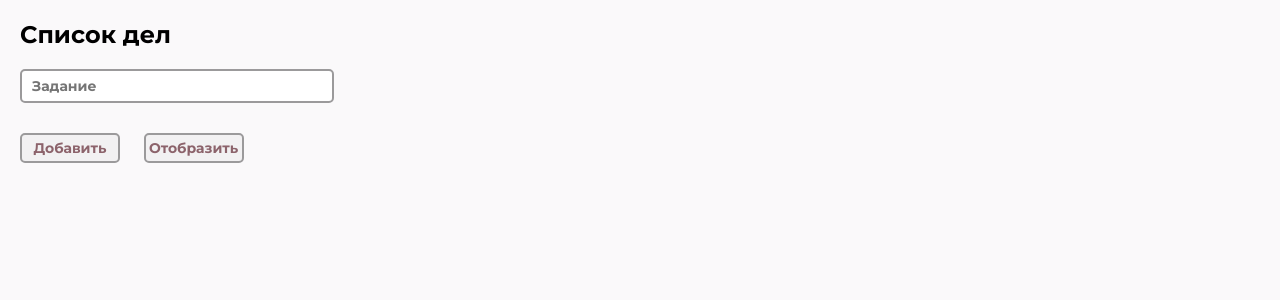
Repository: andbaik/it_unit9
Page: index.html
The author's editor kept a copy of each file at every save. The page is drawn from the files as they stood at one save, then again after the next save.
The browser window is 1280 px wide. The pictures show the whole page.

Above is the page before, as saved 2021-04-10 21:02:13.

After the next save:
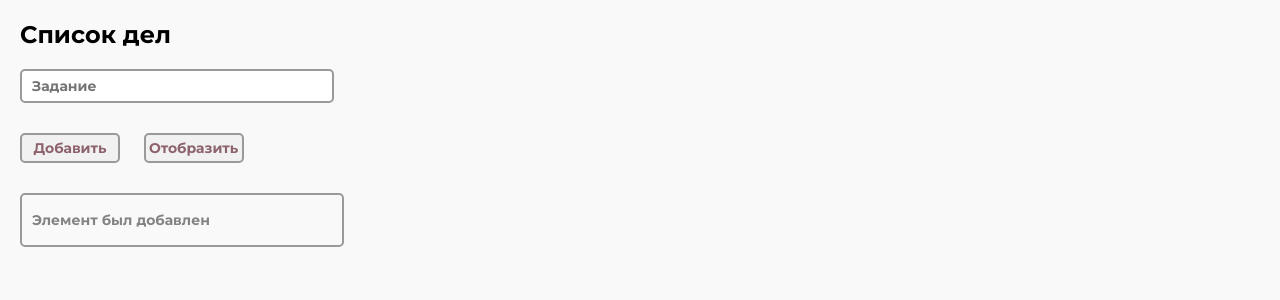
Saved 9 s later.
--- a/css/style.css
+++ b/css/style.css
@@ -70,7 +70,7 @@
     color: #848384;
     padding: 10px;
     margin: 30px 0;
-    display: none;
+    display: ne;
 }
 
 .add-el{

After the 3 saves that followed:
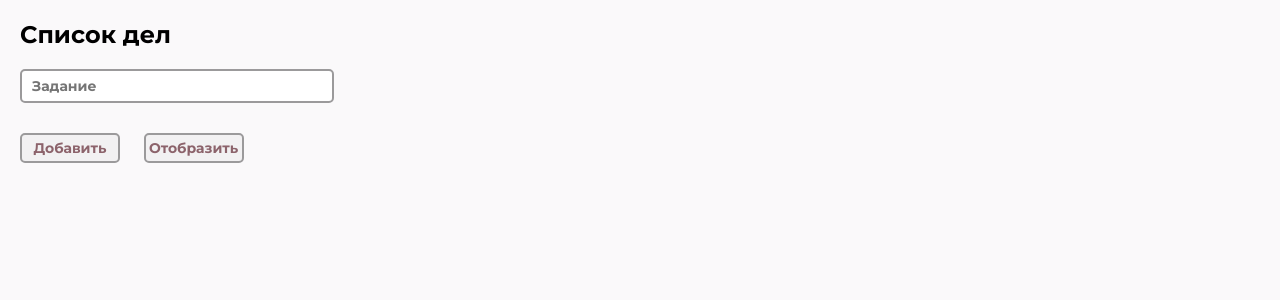
The 3 saves are shown as one change because 2 left the picture as it was.
The last was saved 51 s later.
--- a/css/style.css
+++ b/css/style.css
@@ -70,7 +70,7 @@
     color: #848384;
     padding: 10px;
     margin: 30px 0;
-    display: ne;
+    display:none;
 }
 
 .add-el{
